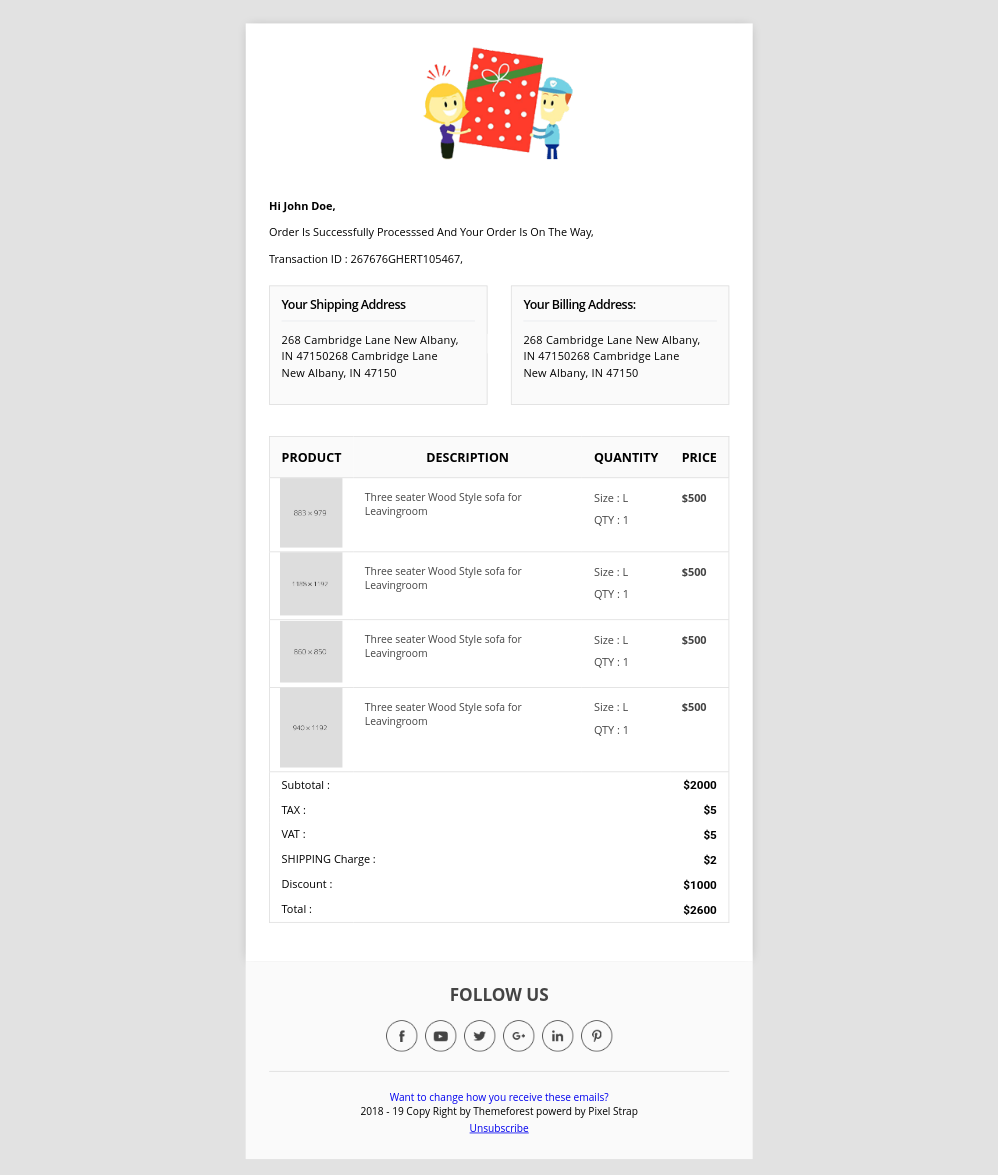
Repository: Idevz-sys/icespice-marketplace-front
Page: email-template/email-order-success-two.html
The author's editor kept a copy of each file at every save. The page is drawn from the files as they stood at one save, then again after the next save.
The browser window is 1280 px wide. The pictures show the whole page, at 78% of full size.

Above is the page before, as saved 2022-04-12 16:00:23.

### email-template/email-order-success-two.html
<!DOCTYPE html>
<html lang="en">

<head>
    <meta http-equiv="Content-Type" content="text/html; charset=UTF-8">
    <meta http-equiv="X-UA-Compatible" content="IE=edge">
    <meta name="viewport" content="width=device-width, initial-scale=1.0">
    <link rel="icon" href="images/favicon.png" type="image/x-icon">
    <link rel="shortcut icon" href="images/favicon.png" type="image/x-icon">
    <title>Multikart | Email template </title>
    <link href="https://fonts.googleapis.com/css?family=Lato:300,400,700,900" rel="stylesheet">

    <style type="text/css">
        body {
            text-align: center;
            margin: 0 auto;
            width: 650px;
            font-family: 'Open Sans', sans-serif;
            background-color: #e2e2e2;
            display: block;
        }

        ul {
            margin: 0;
            padding: 0;
        }

        li {
            display: inline-block;
            text-decoration: unset;
        }

        a {
            text-decoration: none;
        }

        p {
            margin: 15px 0;
        }

        h5 {
            color: #444;
            text-align: left;
            font-weight: 400;
        }

        .text-center {
            text-align: center
        }

        .main-bg-light {
            background-color: #fafafa;
        }

        .title {
            color: #444444;
            font-size: 22px;
            font-weight: bold;
            margin-top: 10px;
            margin-bottom: 10px;
            padding-bottom: 0;
            text-transform: uppercase;
            display: inline-block;
            line-height: 1;
        }

        table {
            margin-top: 30px
        }

        table.top-0 {
            margin-top: 0;
        }

        table.order-detail {
            border: 1px solid #ddd;
            border-collapse: collapse;
        }

        table.order-detail tr:nth-child(even) {
            border-top: 1px solid #ddd;
            border-bottom: 1px solid #ddd;
        }

        table.order-detail tr:nth-child(odd) {
            border-bottom: 1px solid #ddd;
        }

        .pad-left-right-space {
            border: unset !important;
        }

        .pad-left-right-space td {
            padding: 5px 15px;
        }

        .pad-left-right-space td p {
            margin: 0;
        }

        .pad-left-right-space td b {
            font-size: 15px;
            font-family: 'Roboto', sans-serif;
        }

        .order-detail th {
            font-size: 16px;
            padding: 15px;
            text-align: center;
            background: #fafafa;
        }

        .footer-social-icon tr td img {
            margin-left: 5px;
            margin-right: 5px;
        }
    </style>
</head>

<body style="margin: 20px auto;">
    <table align="center" border="0" cellpadding="0" cellspacing="0"
        style="padding: 0 30px;background-color: #fff; -webkit-box-shadow: 0px 0px 14px -4px rgba(0, 0, 0, 0.2705882353);box-shadow: 0px 0px 14px -4px rgba(0, 0, 0, 0.2705882353);width: 100%;">
        <tbody>
            <tr>
                <td>
                    <table align="left" border="0" cellpadding="0" cellspacing="0" style="text-align: left;"
                        width="100%">
                        <tr>
                            <td style="text-align: center;">
                                <img src="images/delivery-2.png" alt="" style="margin-bottom: 30px;">
                            </td>
                        </tr>
                        <tr>
                            <td>
                                <p style="font-size: 14px;"><b>Hi John Doe,</b></p>
                                <p style="font-size: 14px;">Order Is Successfully Processsed And Your Order Is On The
                                    Way,</p>
                                <p style="font-size: 14px;">Transaction ID : 267676GHERT105467,</p>
                            </td>
                        </tr>
                    </table>

                    <table cellpadding="0" cellspacing="0" border="0" align="left"
                        style="width: 100%; margin-top: 10px; margin-bottom: 10px;">
                        <tbody>
                            <tr>
                                <td
                                    style="background-color: #fafafa;border: 1px solid #ddd;padding: 15px;letter-spacing: 0.3px;width: 50%;">
                                    <h5
                                        style="font-size: 16px; font-weight: 600;color: #000; line-height: 16px; padding-bottom: 13px; border-bottom: 1px solid #e6e8eb; letter-spacing: -0.65px; margin-top:0; margin-bottom: 13px;">
                                        Your Shipping Address</h5>
                                    <p
                                        style="text-align: left;font-weight: normal; font-size: 14px; color: #000000;line-height: 21px;    margin-top: 0;">
                                        268 Cambridge Lane New Albany,<br> IN 47150268 Cambridge Lane <br>New Albany, IN
                                        47150</p>
                                </td>
                                <td><img src="images/space.jpg" alt=" " height="25" width="30">
                                </td>
                                <td
                                    style="background-color: #fafafa;border: 1px solid #ddd;padding: 15px;letter-spacing: 0.3px;width: 50%;">
                                    <h5
                                        style="font-size: 16px;font-weight: 600;color: #000; line-height: 16px; padding-bottom: 13px; border-bottom: 1px solid #e6e8eb; letter-spacing: -0.65px; margin-top:0; margin-bottom: 13px;">
                                        Your Billing Address:</h5>
                                    <p
                                        style="text-align: left;font-weight: normal; font-size: 14px; color: #000000;line-height: 21px;    margin-top: 0;">
                                        268 Cambridge Lane New Albany,<br> IN 47150268 Cambridge Lane <br>New Albany, IN
                                        47150</p>
                                </td>
                            </tr>
                        </tbody>
                    </table>
                    <table class="order-detail" border="0" cellpadding="0" cellspacing="0" align="left"
                        style="width: 100%;    margin-bottom: 50px;">
                        <tr align="left">
                            <th>PRODUCT</th>
                            <th style="padding-left: 15px;">DESCRIPTION</th>
                            <th>QUANTITY</th>
                            <th>PRICE </th>
                        </tr>
                        <tr>
                            <td>
                                <img src="images/15.jpg" alt="" width="80">
                            </td>
                            <td valign="top" style="padding-left: 15px;">
                                <h5 style="margin-top: 15px;">Three seater Wood Style sofa for Leavingroom </h5>
                            </td>
                            <td valign="top" style="padding-left: 15px;">
                                <h5 style="font-size: 14px; color:#444;margin-top:15px;    margin-bottom: 0px;">Size :
                                    <span> L</span> </h5>
                                <h5 style="font-size: 14px; color:#444;margin-top: 10px;">QTY : <span>1</span></h5>
                            </td>
                            <td valign="top" style="padding-left: 15px;">
                                <h5 style="font-size: 14px; color:#444;margin-top:15px"><b>$500</b></h5>
                            </td>
                        </tr>
                        <tr>
                            <td>
                                <img src="images/16.jpg" alt="" width="80">
                            </td>
                            <td valign="top" style="padding-left: 15px;">
                                <h5 style="margin-top: 15px;">Three seater Wood Style sofa for Leavingroom </h5>
                            </td>
                            <td valign="top" style="padding-left: 15px;">
                                <h5 style="font-size: 14px; color:#444;margin-top:15px;    margin-bottom: 0px;">Size :
                                    <span> L</span> </h5>
                                <h5 style="font-size: 14px; color:#444;margin-top: 10px;">QTY : <span>1</span></h5>
                            </td>
                            <td valign="top" style="padding-left: 15px;">
                                <h5 style="font-size: 14px; color:#444;margin-top:15px"><b>$500</b></h5>
                            </td>
                        </tr>
                        <tr>
                            <td>
                                <img src="images/17.jpg" alt="" width="80">
                            </td>
                            <td valign="top" style="padding-left: 15px;">
                                <h5 style="margin-top: 15px;">Three seater Wood Style sofa for Leavingroom </h5>
                            </td>
                            <td valign="top" style="padding-left: 15px;">
                                <h5 style="font-size: 14px; color:#444;margin-top:15px;    margin-bottom: 0px;">Size :
                                    <span> L</span> </h5>
                                <h5 style="font-size: 14px; color:#444;margin-top: 10px;">QTY : <span>1</span></h5>
                            </td>
                            <td valign="top" style="padding-left: 15px;">
                                <h5 style="font-size: 14px; color:#444;margin-top:15px"><b>$500</b></h5>
                            </td>
                        </tr>
                        <tr>
                            <td>
                                <img src="images/18.jpg" alt="" width="80">
                            </td>
                            <td valign="top" style="padding-left: 15px;">
                                <h5 style="margin-top: 15px;">Three seater Wood Style sofa for Leavingroom </h5>
                            </td>
                            <td valign="top" style="padding-left: 15px;">
                                <h5 style="font-size: 14px; color:#444;margin-top:15px;    margin-bottom: 0px;">Size :
                                    <span> L</span> </h5>
                                <h5 style="font-size: 14px; color:#444;margin-top: 10px;">QTY : <span>1</span></h5>
                            </td>
                            <td valign="top" style="padding-left: 15px;">
                                <h5 style="font-size: 14px; color:#444;margin-top:15px"><b>$500</b></h5>
                            </td>
                        </tr>
                        <tr class="pad-left-right-space ">
                            <td class="m-t-5" colspan="2" align="left">
                                <p style="font-size: 14px;">Subtotal : </p>
                            </td>
                            <td class="m-t-5" colspan="2" align="right">
                                <b style>$2000</b>
                            </td>
                        <tr class="pad-left-right-space">
                            <td colspan="2" align="left">
                                <p style="font-size: 14px;">TAX :</p>
                            </td>
                            <td colspan="2" align="right">
                                <b>$5</b>
                            </td>
                        </tr>
                        <tr class="pad-left-right-space">
                            <td colspan="2" align="left">
                                <p style="font-size: 14px;">VAT :</p>
                            </td>
                            <td colspan="2" align="right">
                                <b>$5</b>
                            </td>
                        </tr>
                        <tr class="pad-left-right-space">
                            <td colspan="2" align="left">
                                <p style="font-size: 14px;">SHIPPING Charge :</p>
                            </td>
                            <td colspan="2" align="right">
                                <b>$2</b>
                            </td>
                        </tr>
                        <tr class="pad-left-right-space">
                            <td colspan="2" align="left">
                                <p style="font-size: 14px;">Discount :</p>
                            </td>
                            <td colspan="2" align="right">
                                <b> $1000</b>
                            </td>
                        </tr>
                        <tr class="pad-left-right-space ">
                            <td class="m-b-5" colspan="2" align="left">
                                <p style="font-size: 14px;">Total :</p>
                            </td>
                            <td class="m-b-5" colspan="2" align="right">
                                <b>$2600</b>
                            </td>
                        </tr>

                    </table>

                </td>
            </tr>
        </tbody>
    </table>
    <table class="main-bg-light text-center top-0" align="center" border="0" cellpadding="0" cellspacing="0"
        width="100%">
        <tr>
            <td style="padding: 30px;">
                <div>
                    <h4 class="title" style="margin:0;text-align: center;">Follow us</h4>
                </div>
                <table border="0" cellpadding="0" cellspacing="0" class="footer-social-icon" align="center"
                    class="text-center" style="margin-top:20px;">
                    <tr>
                        <td>
                            <a href="#"><img src="images/facebook.png" alt=""></a>
                        </td>
                        <td>
                            <a href="#"><img src="images/youtube.png" alt=""></a>
                        </td>
                        <td>
                            <a href="#"><img src="images/twitter.png" alt=""></a>
                        </td>
                        <td>
                            <a href="#"><img src="images/gplus.png" alt=""></a>
                        </td>
                        <td>
                            <a href="#"><img src="images/linkedin.png" alt=""></a>
                        </td>
                        <td>
                            <a href="#"><img src="images/pinterest.png" alt=""></a>
                        </td>
                    </tr>
                </table>
                <div style="border-top: 1px solid #ddd; margin: 20px auto 0;"></div>
                <table border="0" cellpadding="0" cellspacing="0" width="100%" style="margin: 20px auto 0;">
                    <tr>
                        <td>
                            <a href="#" style="font-size:13px">Want to change how you receive these emails?</a>
                        </td>
                    </tr>
                    <tr>
                        <td>
                            <p style="font-size:13px; margin:0;">2018 - 19 Copy Right by Themeforest powerd by Pixel
                                Strap</p>
                        </td>
                    </tr>
                    <tr>
                        <td>
                            <a href="#" style="font-size:13px; margin:0;text-decoration: underline;">Unsubscribe</a>
                        </td>
                    </tr>
                </table>
            </td>
        </tr>
    </table>
</body>

</html>

After the next save:
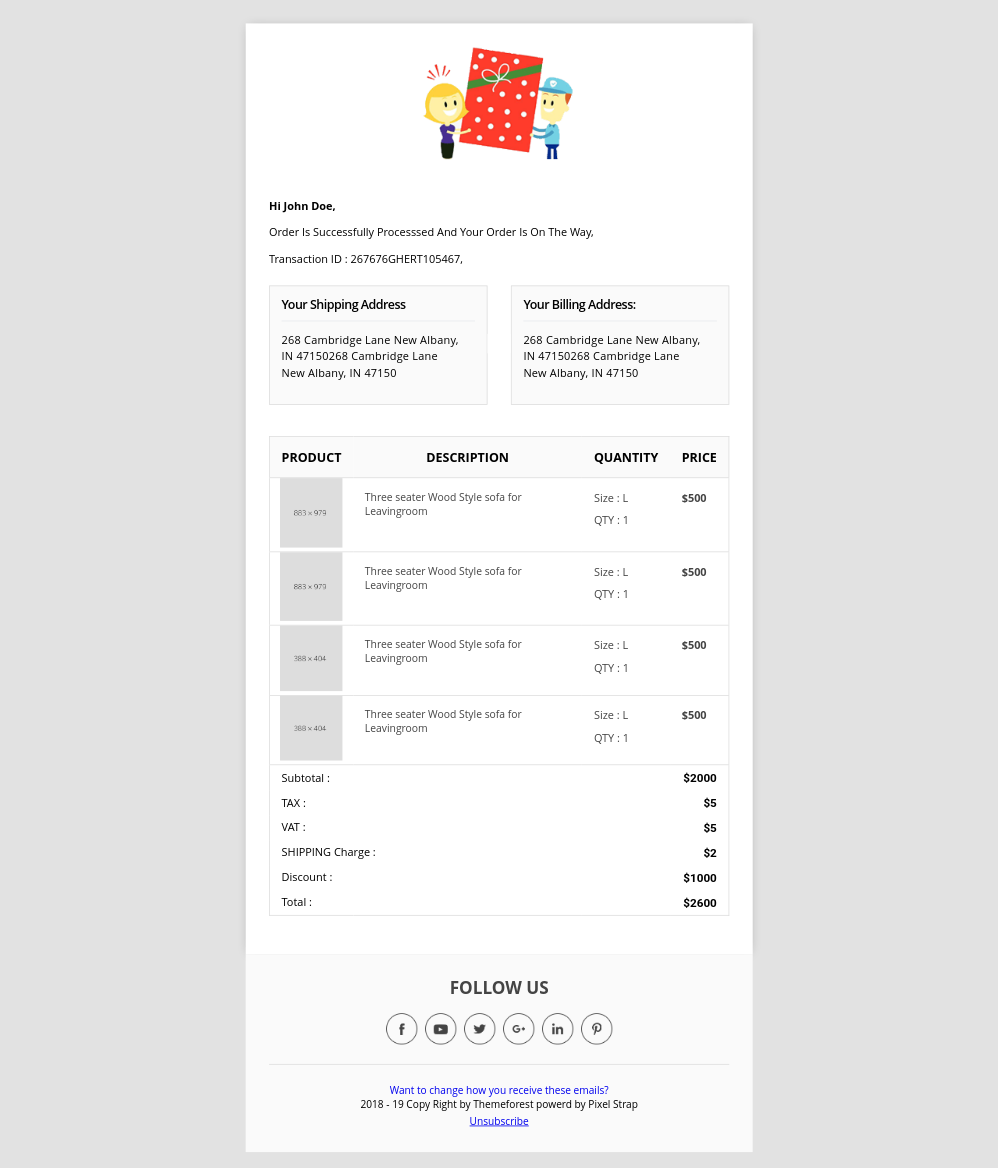
Saved 27 min 29 s later.
--- a/email-template/email-order-success-two.html
+++ b/email-template/email-order-success-two.html
@@ -179,7 +179,7 @@
                         </tr>
                         <tr>
                             <td>
-                                <img src="images/15.jpg" alt="" width="80">
+                                <img src="images/4.jpg" alt="" width="80">
                             </td>
                             <td valign="top" style="padding-left: 15px;">
                                 <h5 style="margin-top: 15px;">Three seater Wood Style sofa for Leavingroom </h5>
@@ -195,7 +195,7 @@
                         </tr>
                         <tr>
                             <td>
-                                <img src="images/16.jpg" alt="" width="80">
+                                <img src="images/5.jpg" alt="" width="80">
                             </td>
                             <td valign="top" style="padding-left: 15px;">
                                 <h5 style="margin-top: 15px;">Three seater Wood Style sofa for Leavingroom </h5>
@@ -211,7 +211,7 @@
                         </tr>
                         <tr>
                             <td>
-                                <img src="images/17.jpg" alt="" width="80">
+                                <img src="images/6.jpg" alt="" width="80">
                             </td>
                             <td valign="top" style="padding-left: 15px;">
                                 <h5 style="margin-top: 15px;">Three seater Wood Style sofa for Leavingroom </h5>
@@ -227,7 +227,7 @@
                         </tr>
                         <tr>
                             <td>
-                                <img src="images/18.jpg" alt="" width="80">
+                                <img src="images/7.jpg" alt="" width="80">
                             </td>
                             <td valign="top" style="padding-left: 15px;">
                                 <h5 style="margin-top: 15px;">Three seater Wood Style sofa for Leavingroom </h5>
